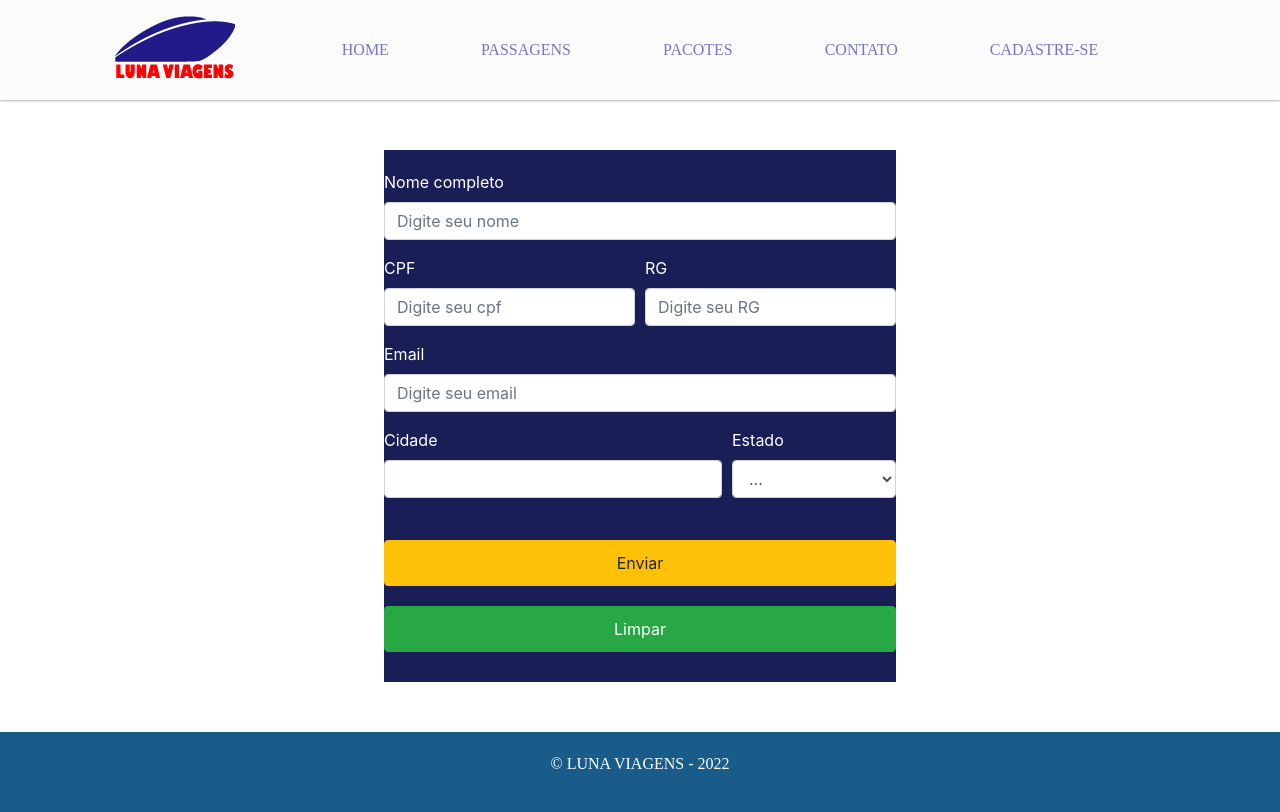
Repository: WashMarvin/Agencia-de-viagens-Luna
Page: Banco de Dados/Luna Viagens/src/main/webapp/cadastro.html
The author's editor kept a copy of each file at every save. The page is drawn from the files as they stood at one save, then again after the next save.
The browser window is 1280 px wide. The pictures show the whole page.
Some web fonts or font styles are not loaded; a fallback is used.

Above is the page before, as saved 2022-02-14 17:51:02.

After the next save:
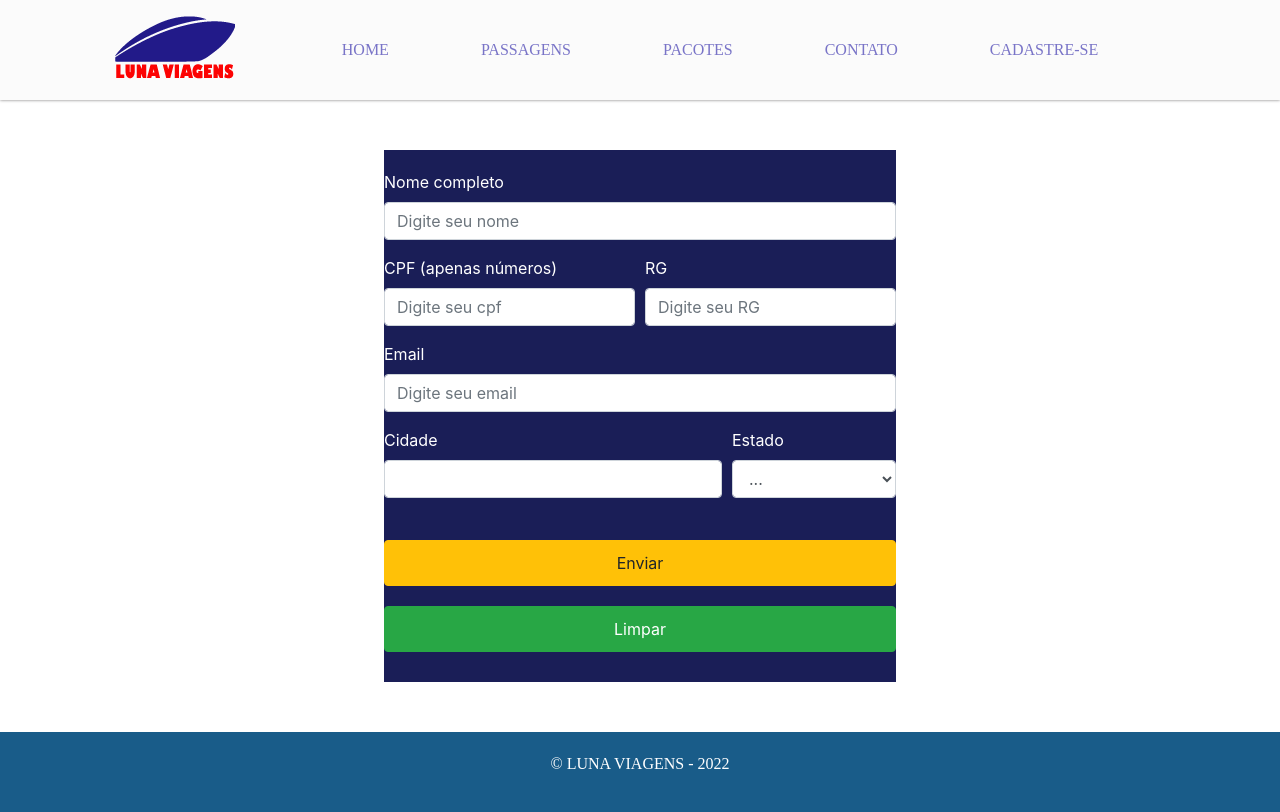
Saved 6 min 52 s later.
--- a/Banco de Dados/Luna Viagens/src/main/webapp/cadastro.html
+++ b/Banco de Dados/Luna Viagens/src/main/webapp/cadastro.html
@@ -40,15 +40,15 @@
   <section>
     <main>
       <div class="formulario">
-        <form>
+        <form action="CreateAndFind" method="post">
           <div class="form-group">
             <label for="inputNome">Nome completo</label>
             <input type="text" name="txtNome" class="form-control" id="inputNome" placeholder="Digite seu nome">
           </div>
           <div class="form-row">
             <div class="form-group col-md-6">
-              <label for="inputCpf">CPF</label>
-              <input type="text" name="txtCpf" class="form-control" id="inputCpf" placeholder="Digite seu cpf">
+              <label for="inputCpf">CPF (apenas números)</label>
+              <input type="text" name="txtCpf" maxlength="11" class="form-control" id="inputCpf" placeholder="Digite seu cpf">
             </div>
             <div class="form-group col-md-6">
               <label for="inputRg">RG</label>
@@ -66,7 +66,7 @@
             </div>
             <div class="form-group col-md-4">
               <label for="inputEstado">Estado</label>
-              <select id="inputEstado" class="form-control">
+              <select id="inputEstado"name="txtOpcao" class="form-control">
                 <option>...</option>
                 <option value="AC">Acre</option>
                 <option value="AL">Alagoas</option>
